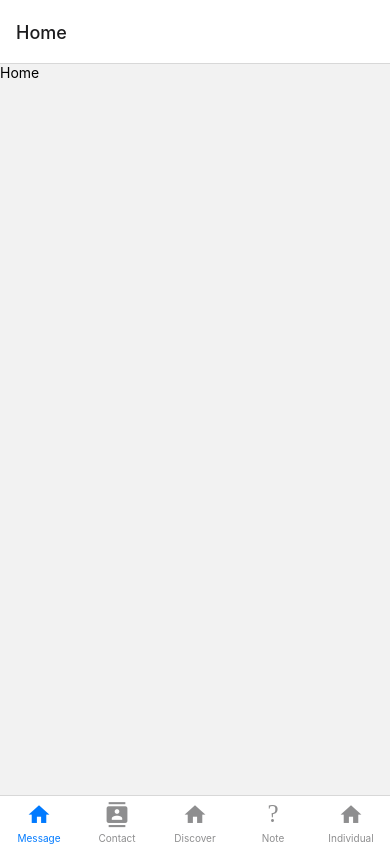
Repository: dinhtq-47/react-native
Screen: /
The author's editor kept a copy of each file at every save. The screen is drawn from the files as they stood at one save, then again after the next save.
The app was drawn by React Native's web renderer in a window 390 px wide. The project was rebuilt for these pictures with package versions that can differ from the ones it lists, and the page was loaded fresh each time. Also part of the build but not shown: screens/Contact.js, screens/Discover.js, screens/Note.js, screens/Individual.js.

Above is the screen before, as saved 2022-02-16 18:02:25.

### App.js
import "react-native-gesture-handler";
import { View } from "react-native";
import HomeTab from "./navigations/Home";
import { NavigationContainer } from "@react-navigation/native";
const App = () => {
  return (
    <NavigationContainer>
      <View style={{ flex: 1 }}>
        <HomeTab />
      </View>
    </NavigationContainer>
  );
};

export default App;

### navigations/Home.js
import { createBottomTabNavigator } from "@react-navigation/bottom-tabs";
import Home from "../screens/Home";
import Contact from "../screens/Contact";
import Discover from "../screens/Discover";
import Note from "../screens/Note";
import Individual from "../screens/Individual";
import Icon from "react-native-vector-icons/MaterialCommunityIcons";
const Tab = createBottomTabNavigator();

const HomeTab = () => {
  return (
    <Tab.Navigator>
      <Tab.Screen
        name="Home"
        component={Home}
        options={{
          tabBarLabel: "Message",
          tabBarIcon: ({ color, size }) => (
            <Icon name="home" color={color} size={size} />
          ),
        }}
      />
      <Tab.Screen
        name="Contact"
        component={Contact}
        options={{
          tabBarLabel: "Contact",
          tabBarIcon: ({ color, size }) => (
            <Icon name="contacts" color={color} size={size} />
          ),
        }}
      />
      <Tab.Screen
        name="Discover"
        component={Discover}
        options={{
          tabBarLabel: "Discover",
          tabBarIcon: ({ color, size }) => (
            <Icon name="home" color={color} size={size} />
          ),
        }}
      />
      <Tab.Screen
        name="Note"
        component={Note}
        options={{
          tabBarLabel: "Note",
          tabBarIcon: ({ color, size }) => (
            <Icon name="discover" color={color} size={size} />
          ),
        }}
      />
      <Tab.Screen
        name="Individual"
        component={Individual}
        options={{
          tabBarLabel: "Individual",
          tabBarIcon: ({ color, size }) => (
            <Icon name="home" color={color} size={size} />
          ),
        }}
      />
    </Tab.Navigator>
  );
};

export default HomeTab;

### screens/Home.js
import { StyleSheet, View, StatusBar, Text, SafeAreaView } from "react-native";

const Home = () => {
  return (
    <SafeAreaView>
      <StatusBar barStyle="dark-content" />
      <View style={styles.container}>
        <Text>Home</Text>
      </View>
    </SafeAreaView>
  );
};

const styles = StyleSheet.create({
  container: {
    width: "100%",
    height: "100%",
  },
});

export default Home;

After the next save:
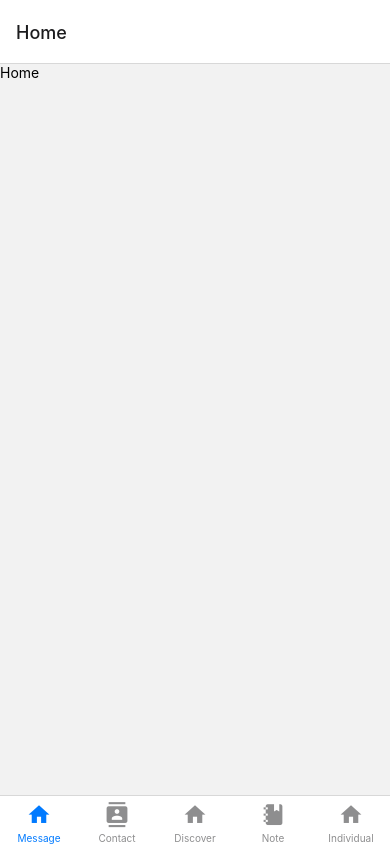
Saved 42 s later.
--- a/navigations/Home.js
+++ b/navigations/Home.js
@@ -46,7 +46,7 @@ const HomeTab = () => {
         options={{
           tabBarLabel: "Note",
           tabBarIcon: ({ color, size }) => (
-            <Icon name="discover" color={color} size={size} />
+            <Icon name="notebook" color={color} size={size} />
           ),
         }}
       />
